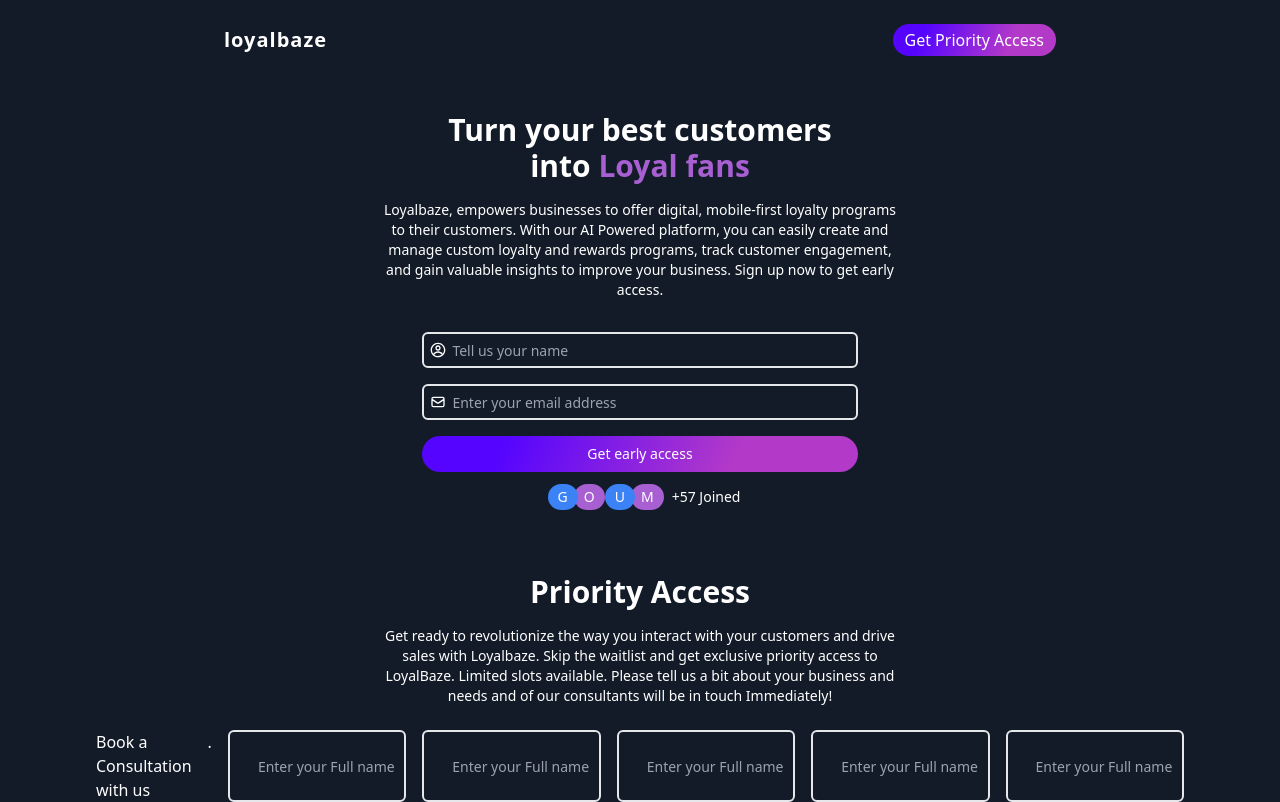
Repository: Jerified/loyalbaze
Page: /
These files come from the project's save history. The page is drawn as it stood at one moment and after the next save; the edit follows.
The browser window is 1280 px wide. The pictures show the whole page.
The project was rebuilt for these pictures with package versions that can differ from the ones it lists, and the page was loaded fresh each time. The framework's server and built-in components were replaced by stand-ins that run in the browser. Also part of the build but not shown: next.config.js.

Above is the page before, as saved 2023-02-11 07:30:57.

### src/app/layout.tsx
import Header from '@/components/Header'

import './globals.css'
import Providers from './Providers';

export default function RootLayout({
  children,
}: {
  children: React.ReactNode
}) {
  return (
    <html lang="en">
      <head />
      <body>
          <Header />
          {children}
      </body>
    </html>
  );
}

### src/app/page.tsx
import Contents from "@/components/Contents";
import Form from "@/components/Form";


export default async function Home() {

  return  (
  <main className='max-w-6xl mx-auto px-8'>
    <Contents />
    <Form />
  </main>
  )
}

### src/components/Header.tsx

import { AiFillHome } from "react-icons/ai";
import { BsFillInfoCircleFill } from "react-icons/bs";
import Link from "next/link";

export default function Header() {
  return (
    <div className="flex justify-between px-8 max-w-4xl sm:mx-auto items-center py-6">
      <div className="text-xl font-semibold tracking-wider ">loyalbaze</div>

      <button className=" px-3 py-1 rounded-full bg-[linear-gradient(112.92deg,_#5404FF_18.35%,rgba(189,_59,_210,_0.94)_71.49%)]">
        <div className="bg-inherit">Get Priority Access</div>
      </button>
    </div>
  );
}

### src/app/globals.css
@tailwind base;
@tailwind components;
@tailwind utilities;

body{
  background-color: #121B27;
  color: white
}

### src/components/Contents.tsx
import React from 'react'
import {CgProfile} from 'react-icons/cg'
import { HiOutlineMail } from "react-icons/hi";

const Contents = () => {
  return (
    <div className="pt-8  pb-16">
      <h1 className="font-bold text-center text-3xl max-w-sm mx-auto ">
        Turn your best customers into{" "}
        <span className="text-[#A75FD2] ">Loyal fans</span>
      </h1>
      <p className="text-center pt-4 max-w-[22rem] md:max-w-lg mx-auto text-sm ">
        Loyalbaze, empowers businesses to offer digital, mobile-first loyalty
        programs to their customers. With our AI Powered platform, you can
        easily create and manage custom loyalty and rewards programs, track
        customer engagement, and gain valuable insights to improve your
        business. Sign up now to get early access.
      </p>
      <form action="" className="pt-8 grid place-items-center gap-4 pb-3">
        <div className="w-[80%] md:w-[60%] lg:w-[40%] relative flex items-center">
          <input
            type="text"
            className=" bg-inherit border-2 w-full rounded-md py-1 px-2 pl-7 placeholder:text-[14px] "
            placeholder="Tell us your name"
          />
          <CgProfile className="absolute left-2 top-[50%] -translate-y-[50%]" />
        </div>
        <div className="w-[80%] md:w-[60%] lg:w-[40%] relative flex items-center">
          <input
            type="text"
            className=" bg-inherit border-2 w-full rounded-md py-1 px-2 pl-7 placeholder:text-[14px] placeholder:pt-[-1px] "
            placeholder="Enter your email address"
          />
          <HiOutlineMail className="absolute left-2 top-[50%] -translate-y-[50%]" />
        </div>
        <button className="text-sm bg-[linear-gradient(112.92deg,_#5404FF_18.35%,rgba(189,_59,_210,_0.94)_71.49%)] rounded-full w-[80%] md:w-[60%] lg:w-[40%] py-2">
          Get early access
        </button>
      </form>
      <div className="flex relative text-sm justify-center items-center">
          <p className="bg-blue-500 rounded-full w-fit px-[10px] py-[3px] relative  left-2 z-10">
            G
          </p>
          <p className="bg-[#A75FD2] rounded-full w-fit px-[10px] py-[3px] relative left-1">
            O
          </p>
          <p className="bg-blue-500 rounded-full w-fit px-[10px] py-[3px] relative left-1">
            U
          </p>
          <p className="bg-[#A75FD2] rounded-full w-fit px-[10px] py-[3px]">
            M
          </p>
          <p className="pl-2 font-medium">+57 Joined</p>
      </div>
    </div>
  );
}

export default Contents

### src/components/Form.tsx
import React from 'react'

const Form = () => {
  return (
    <>
      <main className="">
        <div className="text-center">
          <h1 className="font-semibold text-3xl ">Priority Access</h1>
          <p className="pt-4 text-sm max-w-[22rem] md:max-w-lg mx-auto">
            Get ready to revolutionize the way you interact with your customers
            and drive sales with Loyalbaze. Skip the waitlist and get exclusive
            priority access to LoyalBaze. Limited slots available. Please tell
            us a bit about your business and needs and of our consultants will
            be in touch Immediately!
          </p>
        </div>
        <form action="" className="pt-6 flex flex-cols gap-4">
          <p className="">Book a Consultation with us</p>
          .
          <input
            type="text"
            className="bg-inherit border-2 w-full rounded-md py-1 px-2 pl-7 placeholder:text-[14px]"
            placeholder="Enter your Full name"
          />
          <input
            type="text"
            className="bg-inherit border-2 w-full rounded-md py-1 px-2 pl-7 placeholder:text-[14px]"
            placeholder="Enter your Full name"
          />
          <input
            type="text"
            className="bg-inherit border-2 w-full rounded-md py-1 px-2 pl-7 placeholder:text-[14px]"
            placeholder="Enter your Full name"
          />
          <input
            type="text"
            className="bg-inherit border-2 w-full rounded-md py-1 px-2 pl-7 placeholder:text-[14px]"
            placeholder="Enter your Full name"
          />
          <input
            type="text"
            className="bg-inherit border-2 w-full rounded-md py-1 px-2 pl-7 placeholder:text-[14px]"
            placeholder="Enter your Full name"
          />
        </form>
      </main>
    </>
  );
}

export default Form

### tailwind.config.js
/** @type {import('tailwindcss').Config} */
module.exports = {
  content: ["./src/**/*.{html,js,jsx,ts,tsx}"],
  theme: {
    extend: {},
  },
  plugins: [],
  darkMoode:"class"
}

After the next save:
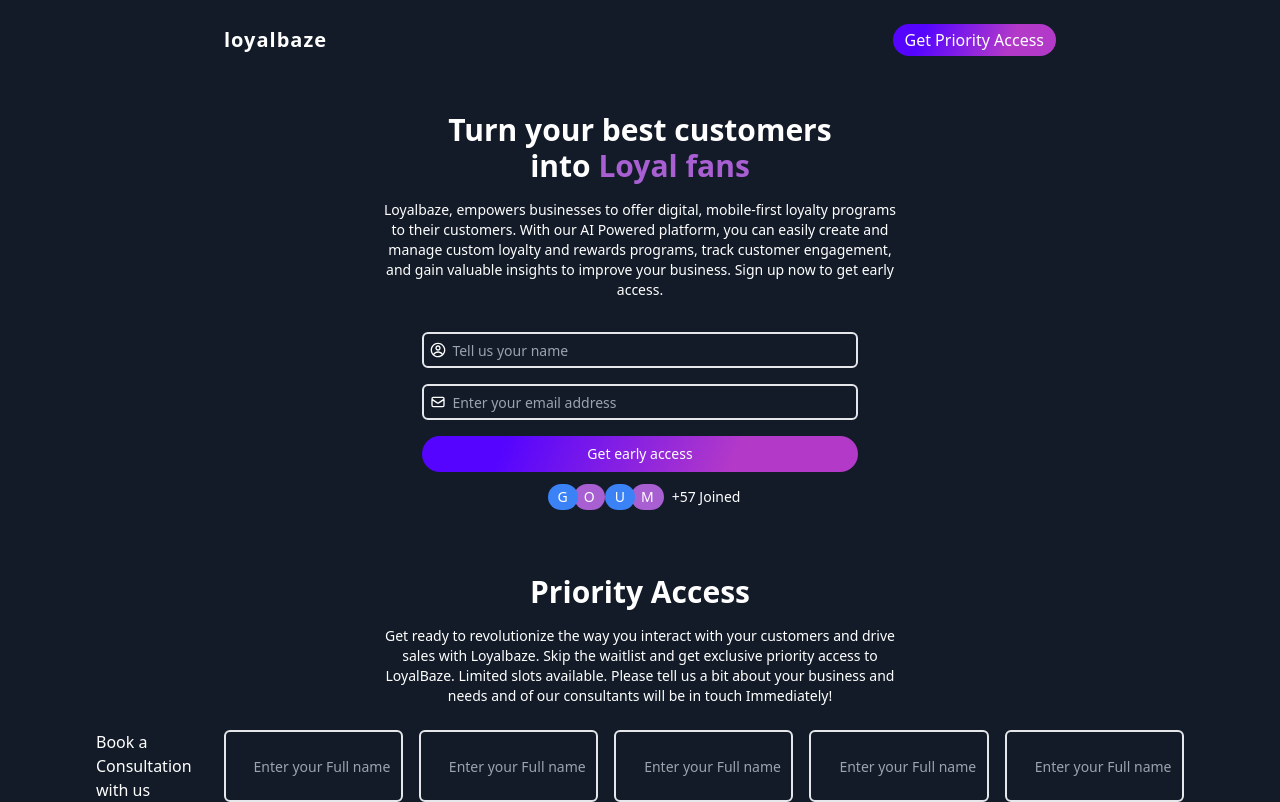
Saved 18 s later.
--- a/src/components/Form.tsx
+++ b/src/components/Form.tsx
@@ -16,7 +16,7 @@ const Form = () => {
         </div>
         <form action="" className="pt-6 flex flex-cols gap-4">
           <p className="">Book a Consultation with us</p>
-          .
+          <div className=""></div>
           <input
             type="text"
             className="bg-inherit border-2 w-full rounded-md py-1 px-2 pl-7 placeholder:text-[14px]"
